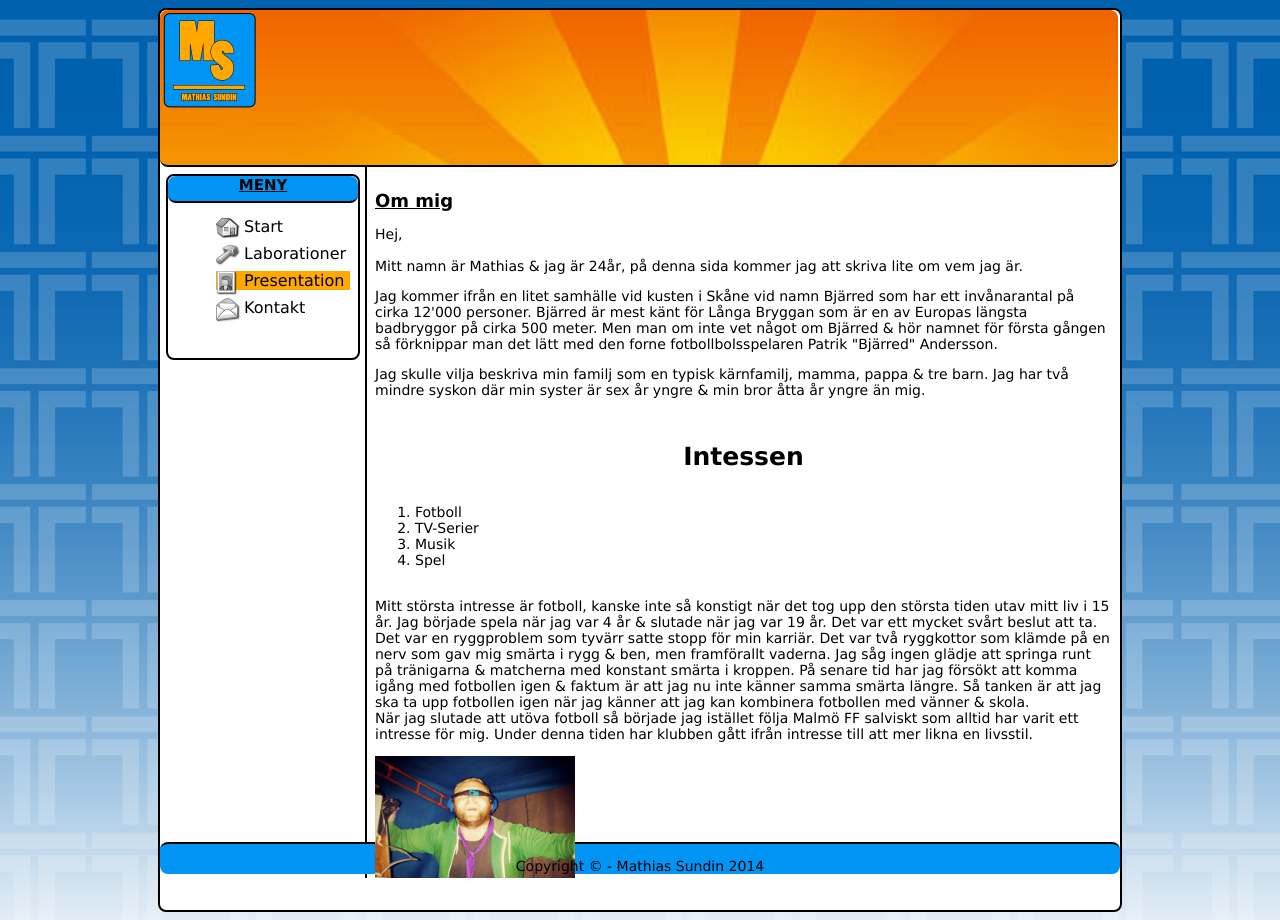
Repository: ms223uh/1ik415-laborationer
Page: www/pages/presentation.html
The author's editor kept a record of every edit. The page is drawn from the files as they stood at one moment, then again after the next edit.
The browser window is 1280 px wide. The pictures show the whole page.
An inner scrolling area shows only its first screen.

Above is the page before.

### www/pages/presentation.html
<!DOCTYPE html>

<html lang="sv">

    <head>
        <meta http-equiv="content-type" content="text/html; charset=utf-8" />
        <meta name="viewport" content="width=device-width, initial-scale=1.0" />

    <link rel="stylesheet" href="../css/style.css">
    <link rel="stylesheet" type="text/css" media="only screen and (max-width: 480px)" href="../css/mobile.css" />
    <link rel="stylesheet" href="../css/print.css">

        <title>Mathias Sundin</title>
    </head>
    <body>
    <!--Startsida-->

    <div id="wrapper">


    <div id="head">



            <img src="../pics/logo1.png" width="100" height="100" alt="Logo">






        </div>




<div id="meny">

<div id="head3"><h3>MENY</h3></div>
        <ul id="menyli">
            <li><a class="index" href="../index.html">Start</a></li>
            <li><a class="laborationer" href="laborationer.html">Laborationer</a></li>
            <li class="active"><a class="presentation" href="presentation.html">Presentation</a></li>
            <li><a class="kontakt" href="kontakt.html">Kontakt</a></li>

        </ul>





</div>

        <div id="content">





            <h2>Om mig</h2>

                <p>Hej,

            Mitt namn är Mathias & jag är 24år, på denna sida kommer jag att skriva lite om vem jag är. </p>

            <p>Jag kommer ifrån en litet samhälle vid kusten i Skåne vid namn Bjärred som har ett invånarantal på cirka 12'000 personer. Bjärred är mest känt för Långa Bryggan som är en av Europas längsta badbryggor på cirka 500 meter. Men man om inte vet något om Bjärred & hör namnet för första gången så förknippar man det lätt med den forne fotbollbolsspelaren Patrik "Bjärred" Andersson.</p>
            <p>Jag skulle vilja beskriva min familj som en typisk kärnfamilj, mamma, pappa & tre barn. Jag har två mindre syskon där min syster är sex år yngre & min bror åtta år yngre än mig.</p>

            <h4>Intessen</h4>
            <ol>
                <li>Fotboll</li>

                <li>TV-Serier</li>
                <li>Musik</li>
                <li>Spel</li>
            </ol>

            <p>
                Mitt största intresse är fotboll, kanske inte så konstigt när det tog upp den största tiden utav mitt liv i 15 år. Jag började spela när jag var 4 år & slutade när jag var 19 år. Det var ett mycket svårt beslut att ta. Det var en ryggproblem som tyvärr satte stopp för min karriär. Det var två ryggkottor som klämde på en nerv som gav mig smärta i rygg & ben, men framförallt vaderna. Jag såg ingen glädje att springa runt på tränigarna & matcherna med konstant smärta i kroppen. På senare tid har jag försökt att komma igång med fotbollen igen & faktum är att jag nu inte känner samma smärta längre. Så tanken är att jag ska ta upp fotbollen igen när jag känner att jag kan kombinera fotbollen med vänner & skola.
                När jag slutade att utöva fotboll så började jag istället följa Malmö FF salviskt som alltid har varit ett intresse för mig. Under denna tiden har klubben gått ifrån intresse till att mer likna en livsstil.
            </p>

            <a name="pic1"><img src="../pics/me1.jpeg" width="200" height="175"></a>
            <p>
                Ett av mina andra stora intresse är TV-Serier. Jag vet inte hur många serier jag har sett under mina år, man kan säga att jag har tappat räkningen för längesedan. Ett tag följde jag nog 5 serier samtidigt, så det blev ganska svårt att hålla koll på vilken som var vilken till slut. Vilket ledde till att jag tappade suget för  en del utav dom & sluta följa dom. Min topp3-lista för serier jag har sett består av: Band of Brothers, Lost & Weeds.
                Även musik är ett mycket stort intresse för mig - jag tycker att musik kan påverka oss olika lägen & situationer vi befinner oss i. Sen jobbar jag även som DJ på tillställningar ibland. En av mina drömmar är att spela på en stor housefestival, men då jag lägger för lite tid på spelningar så får jag vara glad för de spelningar jag gör.
                Data/TV-Spel är en stor passion. Förr vågade man inte tala om det på samma sätt som idag, & det beror väll på att E-Sporten har blivit mer accepterad i vårt samhälle idag än tidigare. Spelen jag spelar är CS:GO & SC2:Hots, FM-serien, men det spel jag nog har lagt flest timmar på är FIFA. Även det spel som har gett mig mest blåmärken på benen, då det är så stor prestige när man möter sina vänner. Så när man släpper in ett mål eller förlorar så slår man till sig själv.

            </p>

            <h4>Tidigare Erfarenhet</h4>

            <ul>
                <li><h4>Utbildning</h4>
                    <ul>
                        <li>Gymnasiet, El/data - Nätverk</li>
                        <li>Universitet, Lärare(avbruten)</li>
                        <li>Komvux</li>
                        <li>Fotboll, Tränare steg 1</li>
                    </ul>
                </li>
            </ul>

            <ul>
                <li><h4>Arbete</h4>
                    <ul>
                        <li>Vikarie, skola</li>
                        <li>Personlig assistent, diabetes</li>
                        <li>Servitör, restuarang</li>
                        <li>Fotbollstränare, fotbollsskola</li>
                    </ul>
                </li>
            </ul>


                   <p>
                       På gymnasiet läste jag el/data med inriktning på nätverk. Under denna utbildning fick jag även lära mig att koda i XHTML, CSS & SQL. Mitt gymnasie var privatägt & alla vet att då handlar det nästan bara om pengar. Så under mina tre år på skolan så hade vi tre rektorer, vilket påverkade min framtid efter studenten. Jag var mycket säker på vilken väg jag ville gå, men efter allt kaos på skolan så tappade jag motivationen för min utbildning.
                       Jag blev istället vikarie på flera enheter hemma i Bjärred, jag undervisade allt ifrån förskola till högstadie. Just då kändes detta som en naturlig väg att gå, så jag hoppade på lärarutbildningen i Uppsala. Under min studiegång i Uppsala fick jag reda på att min yngsta moster var sjuk i cancer & fokuset på skolan var inte helt 100. Men jag klarade mig fram till sommaren. När höstterminen började blev även min mosters läge sämre, samtalen hem blev allt mer frekvensa. Till slut bestämde jag mig för att ta en paus ifrån utbildningen då jag inte kunde hålla fullt fokus på grund av allt som pågick.
                       Jag bodde hemma i cirka en månad innan min moster gick bort. Någon vecka efter hennes bortgång var det dags att flytta upp till Uppsala igen & ta igen allt jag hade missat. Men det slutade med att jag avbröt mina studier helt & flyttade hem till Bjärre igen. När jag väl kom hem började jag jobba som vikarie igen & senare som  personlig assistent för en yngre kille med diabetes. Under denna tiden började intresset för min utbildning som jag läst på gymnasiet komma tillbaka & en massa idéer som  som jag vill göra i framtiden dök upp i huvudet på mig. Jag slutade som vikarie & började läsa upp två betyg på komvux i Malmö för att komma in på utbildningen som jag befinner mig på nu,
                       Utvecklare av Digitala Tjänster.
                   </p>

                  <dl>
                      <h4><dt>Vad jag är bra på</dt></h4>
                      <dd>
                          Jag är bra på att priotera vad som ska göras & struktuera upp saker & arbeten. Jag är även mycket bra på att föra mig socialt & har lätt för att skapa nya kontakter.
                          Idag är har jag stor motivation & har fullt fokus på det som jag arbetar med. Jag är mycket positiv & älskar att sprida glädje till min omgivning.
                      </dd>
                      <h4><dt>Vad jag är mindre bra på</dt></h4>
                      <dd>
                          En av mina svaga sidor är att jag ibland(inte så ofta) kan tappa humöret när saker & ting inte fungerar som det ska. Jag arbetar mycket på denna punkt för jag vet
                          att det kommer dyka upp många problemlösningar under utbilningen på LNU. Trots att jag är socialt lagd, så tycker jag inte om att redovisa, det är bland det värsta jag vet.
                          Men när jag väl har börjat så flyter det på.
                      </dd>
                  </dl>










        </div>

    <div id="footer">

        <p>Copyright © - Mathias Sundin 2014</p>

    </div>


        </div>
















    </body>
</html>

### www/css/style.css

/* Layout */

body
{
    background: url(pics/backgroundimage2.jpeg) no-repeat;
}


#wrapper
{
    background-color: #ffffff;
    width: 960px;
    height: 900px;
    margin-right: auto;
    margin-left: auto;
    border: solid 2px #000000;
    border-radius: 8px;

}




#head
{
    width: 958px;
    height: 155px;
    background-color: #FFFFFF;
    border-radius: 8px;
    border-bottom: solid 2px #000000;
    margin-top: 0px;
    background: url(pics/backgroundimage8.jpeg) no-repeat;


}


#head2
{
    width: auto;
    height: 25px;
    background-color: #0095F4;
    border-bottom: solid 2px #000000;
    text-align: center;
    border-radius: 8px;
    margin-top: 0px;
}


#head3
{
    width: auto;
    height: 25px;
    background-color: #0095F4;
    border-bottom: solid 2px #000000;
    text-align: center;
    border-radius: 8px;
    margin-top: -15px;
}




#content
{
    height: 695px;
    background-color: #ffffff;
    margin-left: 205px;
    margin-top: 0px;
    padding: 8px;
    overflow: auto;
    border-left: solid 2px #000000;
}




#meny
{
    /*background-image: url('pics/sprite.png') no-repeat;*/
    width: 190px;
    height: 182px;
    background-color: #FFFFFF;
    border: solid 2px #000000;
    float: left;
    margin-top: 7px;
    margin-left: 6px;
    border-radius: 8px;

}


#menyli a:link { text-decoration: none; color: #000000; font-family: verdana; font-size: 16px;}
#menyli a:visited { text-decoration: none; color: #000000; font-family: verdana; font-size: 16px; }
#menyli a:active { text-decoration: none; color: #000000; font-family: verdana; font-size: 16px; }
#menyli li a:hover { text-decoration: none; color: #CCCCCC; font-family: verdana; font-size: 16px; background: #0095F4; }


#menyli li
{
    list-style: none;
    margin: 8px;
}

#meny a
{
    background-image: url('pics/sprite.png');
    background-repeat:no-repeat;
    padding-left: 28px;
    padding-bottom: 5px;
}




#footer
{
    background-color: #0095F4;
    width: auto;
    height: 30px;
    border-radius: 8px;
    border-top: solid 2px #000000;
    text-align: center;
    vertical-align: middle;
    margin-top: -36px;

}


#footer2
{
    width: auto;
    height: 25px;
    background-color: #0095F4;
    border-top: solid 2px #000000;
    text-align: center;
    border-radius: 8px;
}


#footer3
{
    width: auto;
    height: 25px;
    background-color: #0095F4;
    border-top: solid 2px #000000;
    text-align: center;
    border-radius: 8px;
    margin-top: -157px;
}



/* Typografi */


p
{
    font-family: Verdana; font-size: 14px; color: #000000;
    white-space: pre-line;
}

h2
{
    font-family: Verdana; font-size: 18px; color: #000000; text-decoration: bold; text-decoration: underline;
}

h3
{
   font-family: Verdana; font-size: 15px; color: #000000; text-decoration: bold; text-decoration: underline;
}


h4
{
   font-family: Verdana; font-size: 25px; color: #000000; text-decoration: bold;
   text-align: center;
   margin-top: 0;
   padding-top: 30px;
}




h5
{
   font-family: Verdana; font-size: 15px; color: #5D5F60; text-decoration: bold;


}


ol
{
    font-family: Verdana; font-size: 14px; color: #000000;

}

ul
{
font-family: Verdana; font-size: 14px; color: #000000;

}

a:link { text-decoration: underline; color: #000000; font-family: verdana; font-size: 14px;}
a:visited { text-decoration: none; color: #000000; font-family: verdana; font-size: 14px; }
a:active { text-decoration: none; color: #000000; font-family: verdana; font-size: 14px; }
a:hover { text-decoration: none; color: #CCCCCC; font-family: verdana; font-size: 14px; }





thead
{
    background-color: #0095F4;
     color: #000000; font-family: verdana; font-size: 15px;
}

tfoot
{
    background-color: #0095F4;
     color: #000000; font-family: verdana; font-size: 15px;
}

table {
  border-collapse: collapse;

}


.active
{
    text-decoration: none; color: #FFFFFF; font-family: verdana; font-size: 16px; background: #FFA800
}

.right
{
    float: right;

}


.left
{
    float: left;

}


/* Sprites */

#meny li a.index
{
    background-position: 0 -49px;


}

#meny li a:hover.index
{
    background: url('pics/sprite.png') no-repeat 0 -1px;
	width: 24px;
	height: 22px

}


#meny li a.laborationer
{
    background: url('pics/sprite.png') no-repeat 0 -145px;
	width: 24px;
	height: 22px;

}

#meny li a:hover.laborationer
{
    background: url('pics/sprite.png') no-repeat 0 -97px;
	width: 24px;
	height: 22px;

}


#meny li a.presentation
{
    background: url(pics/sprite.png) no-repeat -1px -240px;
	width: 22px;
	height: 24px;
    text-indent: 20px;
}

#meny li a:hover.presentation
{
    background: url('pics/sprite.png') no-repeat -1px -192px;
	width: 22px;
	height: 24px;

}


#meny li a.kontakt
{
    background: url('pics/sprite.png') no-repeat 0 -336px;
	width: 24px;
	height: 24px;

}

#meny li a:hover.kontakt
{
    background: url('pics/sprite.png') no-repeat 0 -288px;
	width: 24px;
	height: 24px;

}


/* Kontaktformulär */

fieldset {
  padding: 5px;
  font-family: verdana;
  font-size: 14px;
  width: 450px;
  border: solid 1px #000000;
  }

label {
  float: left;
  width: 70px;
  margin-right: 15px;
  font-weight: bold;
  font-family: verdana;
  font-size: 14px;
  color: #000000;
  text-align: right;

  }

  textarea
  {
      width: 300px;
      height: 110px;
      resize: none;
      font-family: verdana;
      font-size: 12px;
      color: #000000;
  }

  input:invalid {
  background: #ffffff;
}

input:valid {
  background: #ffffff;
}

### www/css/print.css
@media print {


body {
    background:white; color:black;
}


#head, #head2, #head3, #meny, #footer, #footer2, #footer3
{
    display: none;
}


#wrapper, #content
{
   border: none;
   overflow: visible;
   margin: 0 auto;

}


a:link:after, a:visited:after
{
    content:" [" attr(href) "] ";

}


video
{
    display: none;
}


}

### www/css/mobile.css
@media screen and (max-width:480px){


body
{
  width: 100%;
  background: none;
    padding: 0;
    margin: 0;
}

#wrapper
{
 width: 100%;
 border: none;
 padding: 0;
 margin: 0;
}

#head
{
 width: 100%;
 border: solid 2px #000000;
 padding: 0;
 margin: 0;
 border: none;

}


#head3
{
 border: none;
 width: 100%;
 padding: 0;
    margin: 0;
}



#content
{
  width: 100%;
  border: none;
  margin-left: 0;
  height: auto;
  padding: 0;
  margin: 0;
}


#footer
{
 width: 100%;
 padding: 0;
 margin: 0;
 border: none;
}


#meny
{
width: 100%;
border: none;
padding: 0;
margin: 0;
}






.leftt{
 width:200px;
}

}


fieldset {
  padding: 0;
  font-family: verdana;
  font-size: 14px;
  width: auto;
  border: none;
  }

label {
  float: left;
  width: 70px;
  margin-right: 0;
  font-weight: bold;
  font-family: verdana;
  font-size: 14px;
  color: #000000;
  text-align: right;
  border: none;
  }

After the next edit:
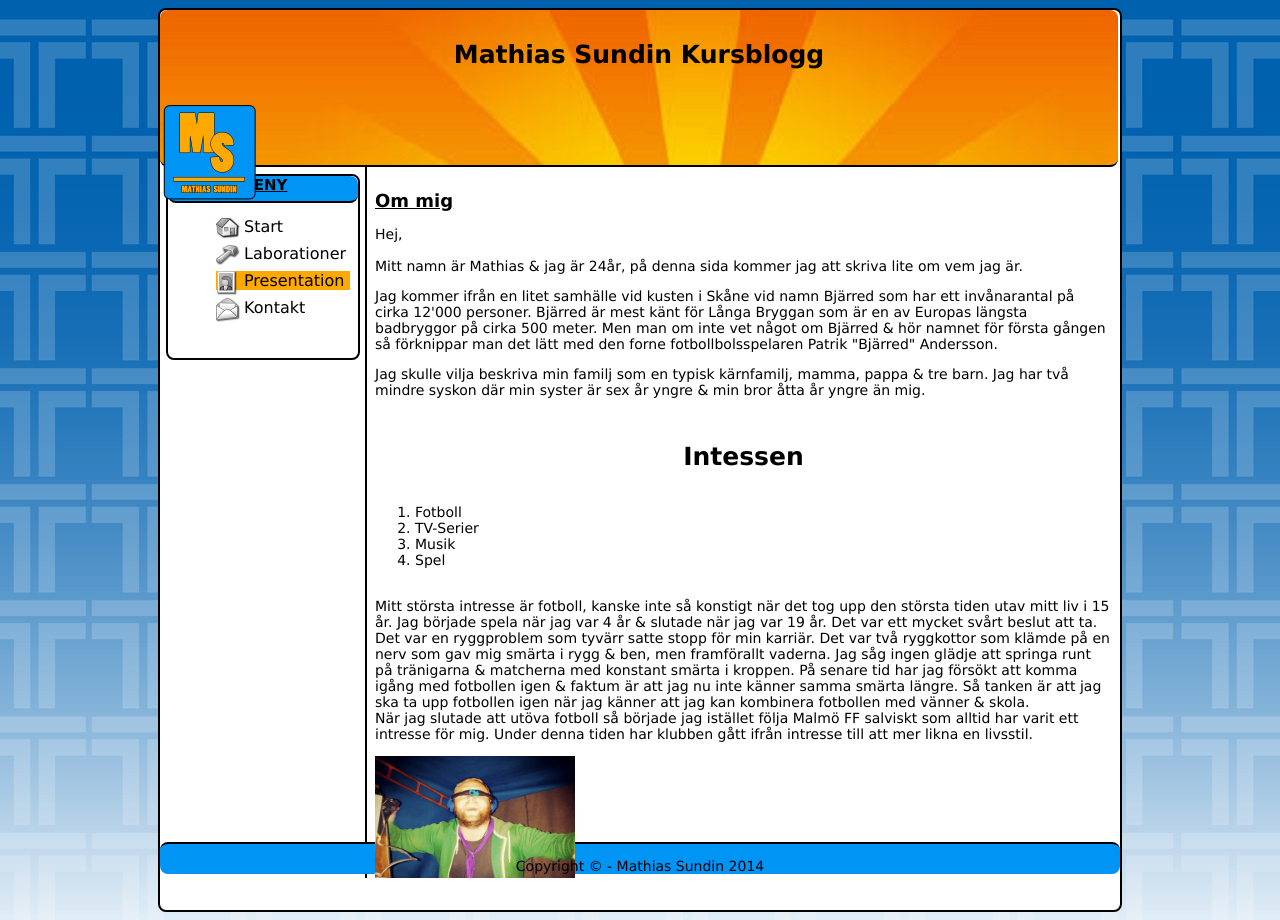
The edit:
--- a/www/pages/presentation.html
+++ b/www/pages/presentation.html
@@ -21,7 +21,7 @@
     <div id="head">
 
 
-
+            <h4>Mathias Sundin Kursblogg</h4>
             <img src="../pics/logo1.png" width="100" height="100" alt="Logo">
 
 
